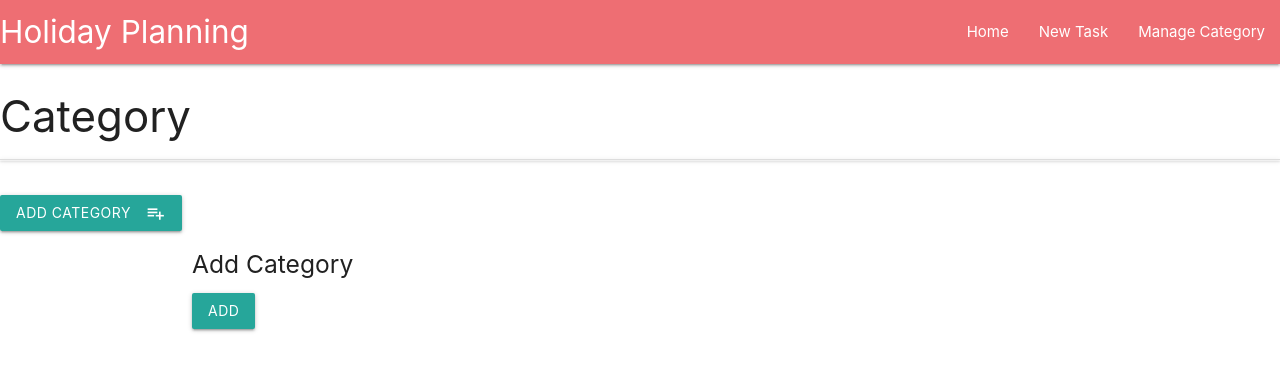
Repository: Code-Institute-Submissions/Project3-Holiday_Planning
Page: http://localhost/get_category
The author's editor kept a record of every edit. The page is drawn from the files as they stood at one moment, then again after the next edit.
The browser window is 1280 px wide. The pictures show the whole page.
The page is served by the project's application, run on Flask 3 (app.py). Queries for data that is not in the repository find no rows.

Above is the page before.

After the next edit:
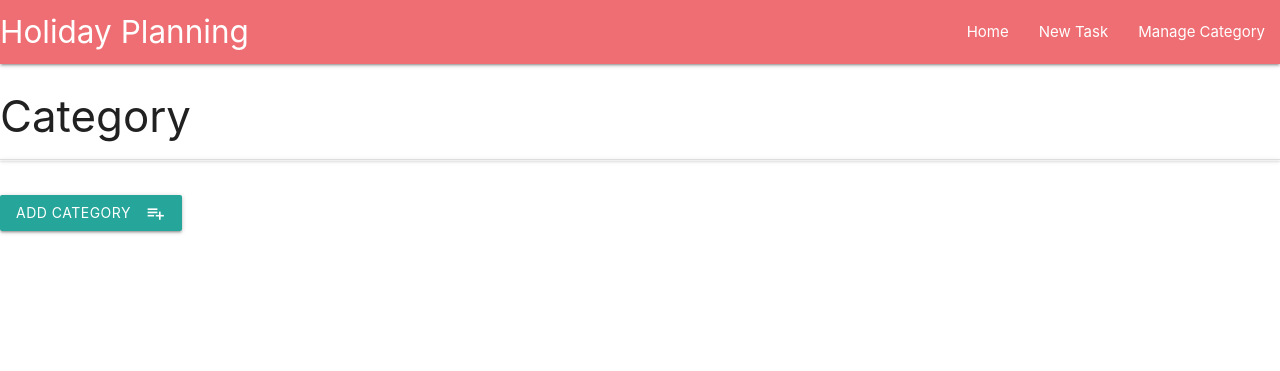
The edit:
--- a/templates/category.html
+++ b/templates/category.html
@@ -32,15 +32,15 @@
 
 
 <!--Add Category Button-->
-<div>
-    <section class="jumbotron text-center">
-        <div class="container">
-          <h5 class="jumbotron-heading" id="font1">Add Category</h5>
-          <p id="font3">
-            <a href='{{ url_for('add_category') }}' class="btn"> Add</a>
-          </p>
-        </div>
-      </section>
-</div>
+<!--<div>-->
+<!--    <section class="jumbotron text-center">-->
+<!--        <div class="container">-->
+<!--          <h5 class="jumbotron-heading" id="font1">Add Category</h5>-->
+<!--          <p id="font3">-->
+<!--            <a href='{{ url_for('add_category') }}' class="btn"> Add</a>-->
+<!--          </p>-->
+<!--        </div>-->
+<!--      </section>-->
+<!--</div>-->
 
 {% endblock %}
